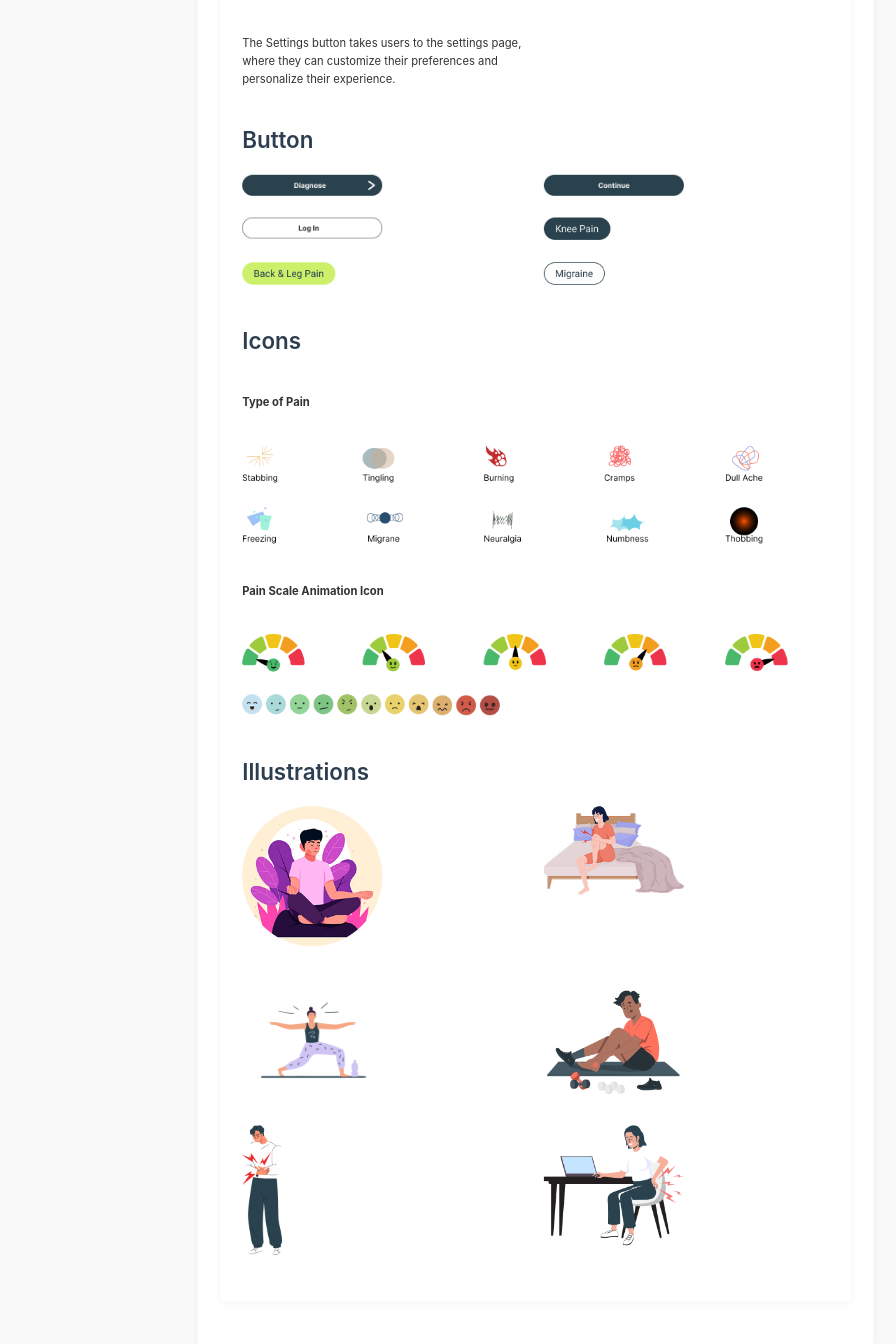
Repository: rosielee09/Heal_U
Page: graphics.html
The author's editor kept a copy of each file at every save. The page is drawn from the files as they stood at one save, then again after the next save.
The browser window is 1280 px wide. The pictures show the part of the page from y = 1164 to 3084 px (the page is 3152 px tall before and 3289 px after), at 70% of full size.

Above is the page before, as saved 2025-04-03 21:57:29.

### graphics.html
<!DOCTYPE html>
<html lang="en">
<head>
    <meta charset="UTF-8">
    <meta name="viewport" content="width=device-width, initial-scale=1.0">
    <link rel="stylesheet" href="styles.css">
    <title>Heal_U Styleguide</title>
</head>
<body>
    <div class="container">
        <!-- Sidebar Navigation -->
        <div class="sidebar">
            <div class="sidebar-header">
                <h1>UI/UX Styleguide</h1>
                <p>Project design system</p>
            </div>
            <ul class="nav">
                <li ><a href="index.html">Home</a></li>
                <li><a href="colors.html">Colors</a></li>
                <li><a href="typography.html">Typography</a></li>
                <li><a href="logo.html">Logo</a></li>
                <li class="active"><a href="graphics.html">Graphics</a></li>
                <li><a href="references.html">References</a></li>
            </ul>
        </div>

        <!-- Main Content - Home Page -->

        <div class="content">
            <header class="page-header">
                <h2>Graphics</h2>
            </header>

            <div class="component">
                <div class="component-header">
                  <p class="component-description">This document provides guidelines for maintaining visual consistency across our product.</p>
                </div>
           <!-- SECTION 1: menu bar -->
           <div class="component">
            <div class="component-header">

                <section class="component-section">
                    <h3 class="component-title">Menu bar</h3>
                    <div class="graphic-grid">
                        <!-- home -->
                        <div class="graphic-item">
                            <img class="graphic-menu__icon" src="/img/graphic-menu/home.png" alt="home">
                            <div class="graphic-info">
                                <h4 class="graphic-title">Home</h4>
                                <div>The Home button navigates users to the home screen, providing quick access to the main interface.</div>
                            </div>
                        </div>
                        <!-- diagnose -->
                        <div class="graphic-item">
                            <img class="graphic-menu__icon" src="/img/graphic-menu/diagnose.png" alt="diagnose">
                            <div class="graphic-info">
                                <h4 class="graphic-title">Diagnose </h4>
                                <div>The diagnose button navigates users to the Diagnose page, allowing them to reassess their condition anytime, especially if their pain level changes significantly.</div>
                            </div>
                        </div>
                        <!-- Progress -->
                        <div class="graphic-item">
                            <img class="graphic-menu__icon" src="/img/graphic-menu/progress.png" alt="Progress">
                            <div class="graphic-info">
                                <h4 class="graphic-title">Progress </h4>
                                <div>
                                    The Progress button takes users to the Progress page, where they can track their journey from the beginning to their current pain condition.</div>
                            </div>
                        </div>

                        <!-- blog -->
                        <div class="graphic-item">
                            <img class="graphic-menu__icon" src="/img/graphic-menu/blog.png" alt="blog">
                            <div class="graphic-info">
                                <h4 class="graphic-title">Blog </h4>
                                <div>The Blog button takes users to the blog page, allowing them to interact with others and find motivation through shared experiences.</div>
                        </div>
                        </div>

                        <!-- Setting -->
                        <div class="graphic-item">
                            <img class="graphic-menu__icon" src="/img/graphic-menu/setting.png" alt="Setting">
                            <div class="graphic-info">
                                <h4 class="graphic-title">Setting </h4>
                                <div>The Settings button takes users to the settings page, where they can customize their preferences and personalize their experience.</div>

                    </div>
                </div>
            </div>

<!-- button section -->
                <section class="component-section">
                    <h3 class="component-title">Button </h3>

                    <div class="graphic-grid">
                          <!-- fill button -->
                        <div class="graphic-item">
                            <img class="graphic-button__icon" src="/img/Appovation - buttons/Button-fill-withIcon.png" alt="fill-icon">
                        </div>
                        <div class="graphic-item">
                            <img class="graphic-button__icon" src="/img/Appovation - buttons/Button-fill.jpg" alt="fill">
                        </div>
                        <div class="graphic-item">
                            <img class="graphic-button__icon" src="/img/Appovation - buttons/Button-outline.jpg" alt="outline">
                        </div>
                        <div class="graphic-item">
                            <img class="graphic-button__icon" src="/img/Appovation - buttons/chips-fill.png" alt="chips">
                        </div>
                        <div class="graphic-item">
                            <img class="graphic-button__icon" src="/img/Appovation - buttons/chips-highlighted.png" alt="chips-highlighted">
                        </div>
                        <div class="graphic-item">
                            <img class="graphic-button__icon" src="/img/Appovation - buttons/chips-outlined.png" alt="chips-outlined">
                        </div>
                    </div>
                </section>

            <section class="component-section">
                <h3 class="component-title">Icons </h3>
                <h4 class="graphic-title">Type of Pain</h4>
                <div class="graphic-grid__icons">

                    <div class="graphic-item">
                        <img class="graphic-icons" src="/img/Appovation - icons/Icon-stabbing.png" alt="pain_type_icon">
                    </div>
                    <div class="graphic-item">
                        <img class="graphic-icons" src="/img/Appovation - icons/Icon-tingling.png" alt="pain_type_icon">
                    </div>
                    <div class="graphic-item">
                        <img class="graphic-icons" src="/img/Appovation - icons/Icon_Burning.png" alt="pain_type_icon">
                    </div>
                    <div class="graphic-item">
                        <img class="graphic-icons" src="/img/Appovation - icons/Icon_Cramps.png" alt="pain_type_icon">
                    </div>
                    <div class="graphic-item">
                        <img class="graphic-icons" src="/img/Appovation - icons/Icon_dull ache.png" alt="pain_type_icon">
                    </div>
                    <div class="graphic-item">
                        <img class="graphic-icons" src="/img/Appovation - icons/Icon_freezing.png" alt="pain_type_icon">
                    </div>
                    <div class="graphic-item">
                        <img class="graphic-icons" src="/img/Appovation - icons/Icon_Migrane.png" alt="pain_type_icon">
                    </div>
                    <div class="graphic-item">
                        <img class="graphic-icons" src="/img/Appovation - icons/Icon_neuralgia.png" alt="pain_type_icon">
                    </div>
                    <div class="graphic-item">
                        <img class="graphic-icons" src="/img/Appovation - icons/Icon_numbness.png" alt="pain_type_icon">
                    </div>
                    <div class="graphic-item">
                        <img class="graphic-icons" src="/img/Appovation - icons/Icon_thobbing.png" alt="pain_type_icon">
                    </div>

                </div>


                <h4 class="graphic-title">Pain Scale Animation Icon</h4>
                <div class="graphic-grid__icons">

                    <div class="graphic-item">
                        <img class="graphic-icons" src="/img/Appovation - icons/Pain_difference-slider-green.png" alt="pain_scale_icon">
                    </div>
                    <div class="graphic-item">
                        <img class="graphic-icons" src="/img/Appovation - icons/Pain_difference-slider-mild.png" alt="pain_scale_icon">
                    </div>
                    <div class="graphic-item">
                        <img class="graphic-icons" src="/img/Appovation - icons/Pain_difference-slider-middle.png" alt="pain_scale_icon">
                    </div>
                    <div class="graphic-item">
                        <img class="graphic-icons" src="/img/Appovation - icons/Pain_difference-slider-less-severe.png" alt="pain_scale_icon">
                    </div>
                    <div class="graphic-item">
                        <img class="graphic-icons" src="/img/Appovation - icons/Pain_difference-slider-severe.png" alt="pain_scale_icon">
                    </div>
                </div>
                <div class="graphic-item-grid1">
                    <img class="graphic-icons" src="/img/Appovation - icons/progress pain scale.png" alt="pain_scale_icon">
                </div>

        </section>

        <section class="component-section">
            <h3 class="component-title">Illustrations </h3>

            <div class="graphic-grid">
                  <!-- fill button -->
                <div class="graphic-item-illustrations">
                    <img class="graphic-button__icon" src="/img/Appovation - illustration set/5214865 1.png" >
                </div>
                <div class="graphic-item">
                    <img class="graphic-button__icon" src="/img/Appovation - illustration set/AdobeStock_593962329 1.png">
                </div>
                <div class="graphic-item">
                    <img class="graphic-button__icon" src="/img/Appovation - illustration set/exercise 2.png" >
                </div>
                <div class="graphic-item">
                    <img class="graphic-button__icon" src="/img/Appovation - illustration set/Group 103.png" >
                </div>
                <div class="graphic-item">
                    <img class="graphic-button__icon" src="/img/Appovation - illustration set/Group 84.png" >
                </div>
                <div class="graphic-item">
                    <img class="graphic-button__icon" src="/img/Appovation - illustration set/Group 98.png" >
                </div>
            </div>
        </section>


</body>
<script src="script.js"></script>
</html>

### styles.css
* {
    margin: 0;
    padding: 0;
    box-sizing: border-box;
}

body {
    font-family: 'Inter', -apple-system, BlinkMacSystemFont, 'Segoe UI', Roboto, Oxygen, Ubuntu, Cantarell, sans-serif;
    line-height: 1.6;
    color: #333;
    background-color: #f9f9f9;
}

/* Layout */
.container {
    display: flex;
    min-height: 100vh;
}

/* Sidebar Navigation */
.sidebar {
    width: 250px;
    background-color: #2c3e50;
    color: #fff;
    padding: 2rem 0;
    position: fixed;
    height: 100vh;
    overflow-y: auto;
}

.sidebar-header {
    padding: 0 1.5rem 2rem;
    border-bottom: 1px solid rgba(255, 255, 255, 0.1);
}

.sidebar-header h1 {
    font-size: 1.5rem;
    font-weight: 700;
    margin-bottom: 0.5rem;
}

.sidebar-header p {
    font-size: 0.875rem;
    opacity: 0.7;
}

.nav {
    list-style: none;
    padding: 1.5rem 0;
}

.nav li {
    padding: 0.5rem 1.5rem;
}

.nav li.active {
    background-color: rgba(255, 255, 255, 0.1);
    border-left: 4px solid #3498db;
}

.nav a {
    color: #fff;
    text-decoration: none;
    display: block;
    font-size: 0.95rem;
    transition: all 0.2s;
}

.nav a:hover {
    opacity: 0.8;
}

/* Main Content */
.content {
    flex: 1;
    padding: 2rem;
    margin-left: 250px;
    max-width: calc(100% - 250px);
}

.page-header {
    margin-bottom: 2rem;
    padding-bottom: 1rem;
    border-bottom: 1px solid #eee;
}

.page-header h2 {
    font-size: 2rem;
    font-weight: 700;
    color: #2c3e50;
    margin-bottom: 0.5rem;
}

.page-header p {
    color: #7f8c8d;
    font-size: 1.1rem;
}

/* Components Common Styles */
.component {
    background-color: #fff;
    border-radius: 8px;
    box-shadow: 0 2px 10px rgba(0, 0, 0, 0.05);
    padding: 2rem;
    margin-bottom: 2rem;
}

.component-section{
    margin-top: 3rem;
}

.component-header {
    margin-top: 1.5rem;
    margin-bottom: 1.5rem;
}

.component-title {
    font-size: 2rem;
    font-weight: 600;
    margin-top: 1.5rem;
    margin-bottom: 1.5rem;
    color: #2c3e50;
}

.component-description {
    color: #7f8c8d;
}


    /* Color Styles */
.color-grid {
    display: grid;
    grid-template-columns: repeat(auto-fill, minmax(300px, 1fr));
    gap: 1.5rem;
}

.color-grid__onlycolor {
    display: grid;
    grid-template-columns: repeat(auto-fill, minmax(300px, 2fr));
    gap: 1.5rem;
    align-items: center;
}

.color-grid__Accessiblilliy {
    display: grid;
    grid-template-columns: repeat(auto-fit, minmax(clamp(300px, 50%, 400px), 1fr));
    gap: 1.5rem;
}

.color-item {
    border-radius: 6px;
    overflow: hidden;
    box-shadow: 0 2px 5px rgba(0, 0, 0, 0.1);
}

.color-preview {
    height: 120px;
}

.color-info {
    padding: 1rem;
    background-color: #fff;
}

.color-name {
    font-weight: 600;
    margin-bottom: 0.25rem;
}

.color-value {
    font-family: monospace;
    color: #7f8c8d;
    font-size: 0.85rem;
}

.color__primary--preview{
    background-color: #29424D;
}

.color__secondary--preview{
    background-color: #CFC4F4;
}

.color__tertiary--preview {
    background-color: #F8F3EC;
}

.color__accent--preview{
    background-color: #CDF06B;
}

.color__success--preview{
    background-color: #138636;
}

.color__error--preview{
    background-color: #C32D2D;
}

.color__warning--preview{
    background-color: #FFBD11;
}

.color__info--preview{
    background-color: #4976BA;
}

.color__background--preview{
    background-color: #fff;
}

.color__text--preview{
    background-color: #2E2E30;
}

.color-accessiblillity-img {
    width: 100%;
    height: 70%;
}

.color-example-img{
    align-items: center;
}


/* Graphics */
.graphic-grid {
    display: grid;
    grid-template-columns: repeat(auto-fill, minmax(300px, 2fr));
    gap: 1.5rem;

}

/* section__icons */
.graphic-grid__icons{
    display: grid;
    grid-template-columns: repeat(5, 1fr);
    gap: 1.5rem;
}

.graphic-item{
   justify-items: center;

}


.graphic-menu__icon{
    margin: 10px;
}
.graphic-title{
    margin-top: 3rem;
    margin-bottom: 3rem;
}

.graphic-item-grid1{
    margin-top: 1.5rem;
}

.graphic-button__icon{
    max-width: 200px;
    max-height: 200px;
}
/* section illustrations */
.graphic-illustrations{
    display: grid;
    grid-template-columns: repeat(3, 1fr);
    gap: 1.5rem;
}
.graphic-item-illustrations{
    max-width: 200px;
    max-height: 200px;
}
/* Typography */

/* Import Roboto font with multiple weights */
@import url('https://fonts.googleapis.com/css2?family=Roboto:wght@400;500;700&display=swap');


/* Table styling */
table {
  width: 100%;
  border-collapse: collapse;
  font-family: 'Roboto', sans-serif;
  margin: 2rem 0;
}

th {
  background-color: #f8f9fa;
  color: #212529;
  padding: 12px 16px;
  text-align: left;
  font-weight: 500;
  border-bottom: 2px solid #dee2e6;

}

td {
  padding: 16px;
  border-bottom: 1px solid #e9ecef;
  vertical-align: top;
}

/* Remove default list styling */
td li {
  list-style: none;
  margin: 4px 0;
  padding-left: 0;
}



.content-image {
  margin: auto;
  display: block;
  padding: 1rem;
}

.center {
  text-align: center;
}



.typography-item {
    margin-bottom: 2rem;
}


.heading1 {
  font-family: 'Roboto', sans-serif;
  font-size: 40px;
  line-height: 48px;
  font-weight: 700;
  color: #212529;

}

.heading2 {
  font-family: 'Roboto', sans-serif;
  font-size: 32px;
  line-height: 40px;
  font-weight: 700;
  color: #212529;
}

.section-header {
  font-family: 'Roboto', sans-serif;
  font-size: 24px;
  line-height: 32px;
  font-weight: 700;
  color: #212529;
}

.sub-header {
  font-family: 'Roboto', sans-serif;
  font-size: 20px;
  line-height: 28px;
  font-weight: 700;
  color: #212529;
}

.body-bold {
  font-family: 'Roboto', sans-serif;
  font-size: 16px;
  line-height: 24px;
  font-weight: 700;
  color: #212529;
}


.body {
  font-family: 'Roboto', sans-serif;
  font-size: 16px;
  line-height: 24px;
  font-weight: 400;
  color: #212529;
}

.small {
  font-family: 'Roboto', sans-serif;
  font-size: 14px;
  line-height: 20px;
  font-weight: 400;
  color: #212529;
}

.small-italic {
  font-family: 'Roboto', sans-serif;
  font-style: italic;
  font-size: 14px;
  line-height: 20px;
  font-weight: 400;
  color: #212529;
}

.tiny-bold {
  font-family: 'Roboto', sans-serif;
  font-size: 12px;
  line-height: 18px;
  font-weight: 700;
  color: #212529;
}

.tiny {
  font-family: 'Roboto', sans-serif;
  font-size: 12px;
  line-height: 18px;
  font-weight: 400;
  color: #212529;
}

.mini {
  font-family: 'Roboto', sans-serif;
  font-size: 8px;
  line-height: 12px;
  font-weight: 400;
  color: #212529;
  letter-spacing: 0.5px;
}

/* Add zebra striping for better readability */
tbody tr:nth-child(odd) {
  background-color: #f8f9fa;
}

Loaded but not shown: script.js (no stored copy; drawn as an empty file)

After the next save:
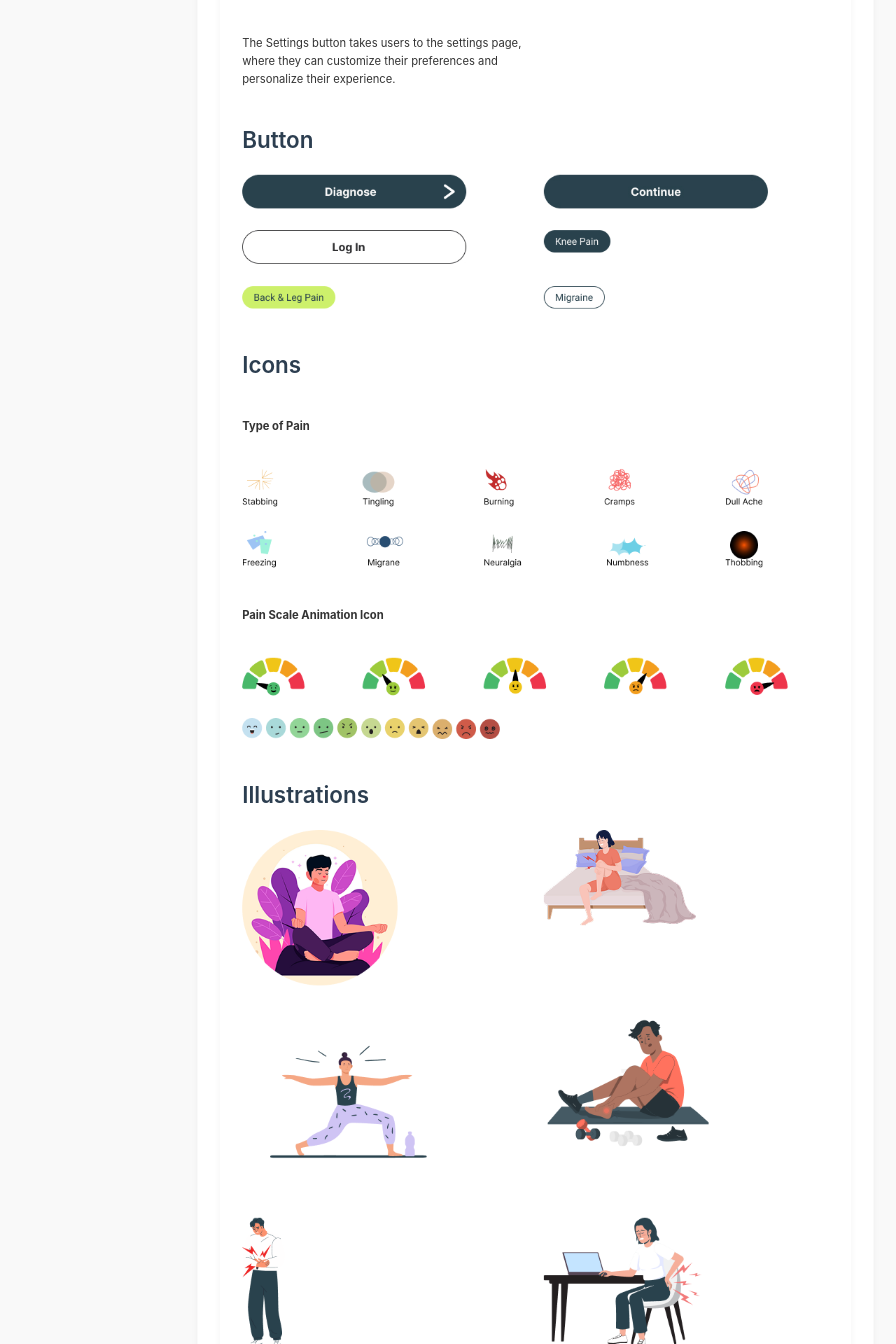
Saved 44 s later.
--- a/styles.css
+++ b/styles.css
@@ -256,10 +256,7 @@ body {
     margin-top: 1.5rem;
 }
 
-.graphic-button__icon{
-    max-width: 200px;
-    max-height: 200px;
-}
+
 /* section illustrations */
 .graphic-illustrations{
     display: grid;
